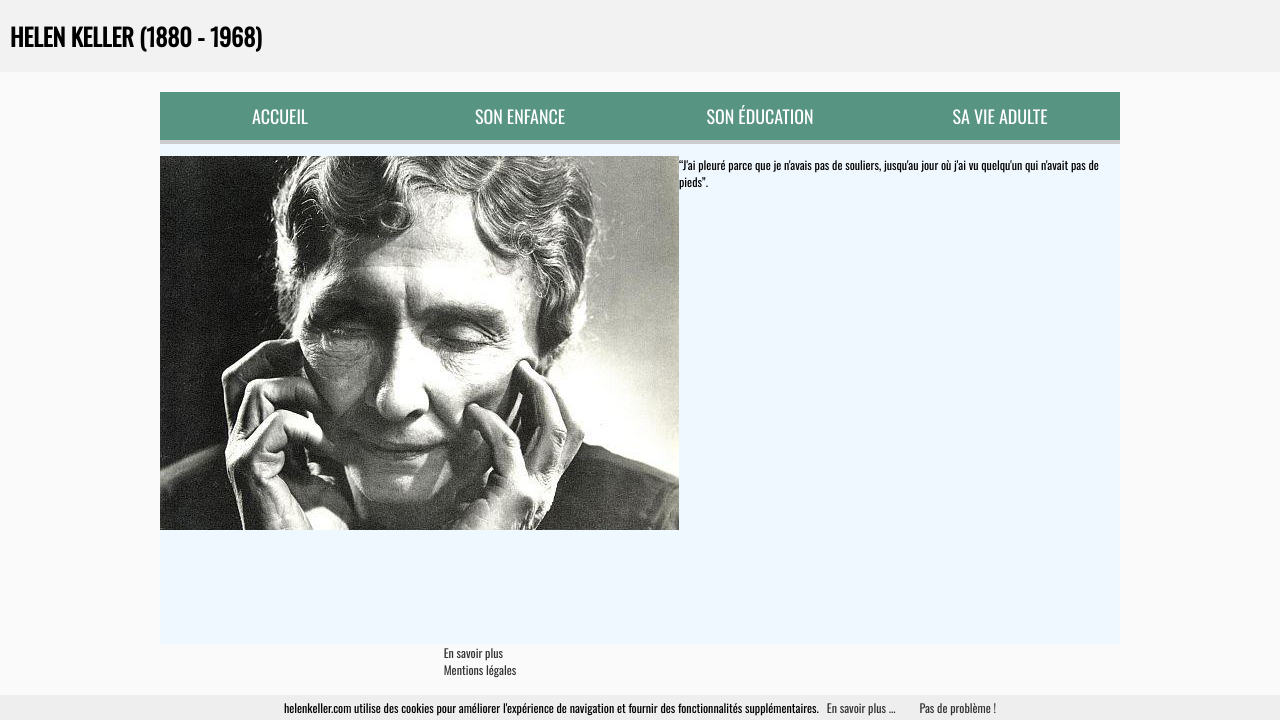
Repository: Luc010/Exercices
Page: HTML CSS/biographie_helen_keller/index.html
An editor plug-in stored every save of this project. The page is shown before and after a run of saves, followed by the edit.
The browser window is 1280 px wide. The pictures show the whole page.

Above is the page before, as saved 2019-09-06 09:52:51.

### HTML CSS/biographie_helen_keller/index.html
<!DOCTYPE html>
<html lang="fr">
<head>
    <title>Biographie Helen Keller - Accueil</title>
    <meta charset="UTF-8">
    <meta name="viewport" content="width=device-width, initial-scale=1.0">
    <meta http-equiv="X-UA-Compatible" content="ie=edge">
    <link href="style.css" rel="stylesheet">
</head>
<body>
    <header>
        <div class="brand">
            <h1>HELEN KELLER (1880 - 1968)</h1>
        </div>
    </header>
    <nav>
        <ul class="navbar">
            <li class="navlink"><a href="index.html">Accueil</a></li>
            <li class="navlink"><a href="enfance.html">Son enfance</a></li>
            <li class="navlink"><a href="education.html">Son éducation</a></li>
            <li class="navlink"><a href="adulte.html">Sa vie adulte</a></li>
        </ul>
    </nav>
    <main>
        <div class="container">
            <p><img src="img/hk.jpg" alt="helen Keller portrait"></p>
            <p>“J'ai pleuré parce que je n'avais pas de souliers, jusqu'au jour où j'ai vu quelqu'un qui n'avait pas de
                pieds”.
            </p>
        </div>
    </main>
    <footer>
        <div class="container">
            <!-- ul>li*5>a{lien$} -->
            <ul>
                <li><a href="savoirplus.html">En savoir plus</a></li>
                <li><a href="mentions.html">Mentions légales</a></li>
            </ul>
        </div>
    </footer>
    <script src="cookiechoices.js"></script>
    <script>document.addEventListener('DOMContentLoaded', function (event) {
            cookieChoices.showCookieConsentBar('helenkeller.com utilise des cookies pour améliorer l\'expérience de navigation et fournir des fonctionnalités supplémentaires.',
                'Pas de problème !', 'En savoir plus ...', 'http://127.0.0.1:5500/biographie_helen_keller/adulte.html');
        });
    </script>
</body>
</html>

### HTML CSS/biographie_helen_keller/style.css
@import url('https://fonts.googleapis.com/css?family=Oswald&display=swap');
/* GENERAL */

* {
    box-sizing: border-box;
}

body {
    margin: 0;
    padding: 0;
    background-color: #fafafa;
    font-size: 12px;
    font-family: 'Oswald', corbel, calibri, sans-serif;
}

h1 {
    margin: 0;
}

a {
    text-decoration: none;
    color: #323232;
}

ul, li {
    list-style: none;
    margin: 0;
    padding: 0;
}

nav {
    width: 960px;
    margin: 20px auto 0 auto;
}

main {
    width: 960px;
    min-height: 500px;
    background-color: aliceblue;
    display: flex;
    justify-content: center;
    margin-left: auto;
    margin-right: auto;
}
footer{
    margin-left: auto;
    margin-right: auto;
}
.navbar {
    text-align: center;
    display: flex;
}
.navlink {
    width: 100%;
    font-size: 18px;
    background-color: #589482;
    line-height: 48px;
    text-transform: uppercase;
    font-weight: 500;
}

.navlink:hover {
    background-color: #323232;
}

.navlink > a {
    color: white;
}

ul >.navlink {
    border-bottom: solid 4px #ccc;
}

/* HEADER */

header {
    background-color: #f2f2f2;
    height: 72px;
    display: flex;
    align-items: center;
}

.brand {
    text-indent: 10px;
}
.container{
    display: flex;
    justify-content: center;
    width: 960px;
}
/* BODY */

### HTML CSS/biographie_helen_keller/cookiechoices.js
/*
 Copyright 2014 Google Inc. All rights reserved.

 Licensed under the Apache License, Version 2.0 (the "License");
 you may not use this file except in compliance with the License.
 You may obtain a copy of the License at

 http://www.apache.org/licenses/LICENSE-2.0

 Unless required by applicable law or agreed to in writing, software
 distributed under the License is distributed on an "AS IS" BASIS,
 WITHOUT WARRANTIES OR CONDITIONS OF ANY KIND, either express or implied.
 See the License for the specific language governing permissions and
 limitations under the License.
 */

(function(window) {

  if (!!window.cookieChoices) {
    return window.cookieChoices;
  }

  var document = window.document;
  // IE8 does not support textContent, so we should fallback to innerText.
  var supportsTextContent = 'textContent' in document.body;

  var cookieChoices = (function() {

    var cookieName = 'displayCookieConsent';
    var cookieConsentId = 'cookieChoiceInfo';
    var dismissLinkId = 'cookieChoiceDismiss';

    function _createHeaderElement(cookieText, dismissText, linkText, linkHref) {
      var butterBarStyles = 'position:fixed;width:100%;background-color:#eee;' +
          'margin:0; left:0; bottom:0;padding:4px;z-index:1000;text-align:center;';

      var cookieConsentElement = document.createElement('div');
      cookieConsentElement.id = cookieConsentId;
      cookieConsentElement.style.cssText = butterBarStyles;
      cookieConsentElement.appendChild(_createConsentText(cookieText));

      if (!!linkText && !!linkHref) {
        cookieConsentElement.appendChild(_createInformationLink(linkText, linkHref));
      }
      cookieConsentElement.appendChild(_createDismissLink(dismissText));
      return cookieConsentElement;
    }

    function _createDialogElement(cookieText, dismissText, linkText, linkHref) {
      var glassStyle = 'position:fixed;width:100%;height:100%;z-index:999;' +
          'top:0;left:0;opacity:0.5;filter:alpha(opacity=50);' +
          'background-color:#ccc;';
      var dialogStyle = 'z-index:1000;position:fixed;left:50%;top:50%';
      var contentStyle = 'position:relative;left:-50%;margin-top:-25%;' +
          'background-color:#fff;padding:20px;box-shadow:4px 4px 25px #888;';

      var cookieConsentElement = document.createElement('div');
      cookieConsentElement.id = cookieConsentId;

      var glassPanel = document.createElement('div');
      glassPanel.style.cssText = glassStyle;

      var content = document.createElement('div');
      content.style.cssText = contentStyle;

      var dialog = document.createElement('div');
      dialog.style.cssText = dialogStyle;

      var dismissLink = _createDismissLink(dismissText);
      dismissLink.style.display = 'block';
      dismissLink.style.textAlign = 'right';
      dismissLink.style.marginTop = '8px';

      content.appendChild(_createConsentText(cookieText));
      if (!!linkText && !!linkHref) {
        content.appendChild(_createInformationLink(linkText, linkHref));
      }
      content.appendChild(dismissLink);
      dialog.appendChild(content);
      cookieConsentElement.appendChild(glassPanel);
      cookieConsentElement.appendChild(dialog);
      return cookieConsentElement;
    }

    function _setElementText(element, text) {
      if (supportsTextContent) {
        element.textContent = text;
      } else {
        element.innerText = text;
      }
    }

    function _createConsentText(cookieText) {
      var consentText = document.createElement('span');
      _setElementText(consentText, cookieText);
      return consentText;
    }

    function _createDismissLink(dismissText) {
      var dismissLink = document.createElement('a');
      _setElementText(dismissLink, dismissText);
      dismissLink.id = dismissLinkId;
      dismissLink.href = '#';
      dismissLink.style.marginLeft = '24px';
      return dismissLink;
    }

    function _createInformationLink(linkText, linkHref) {
      var infoLink = document.createElement('a');
      _setElementText(infoLink, linkText);
      infoLink.href = linkHref;
      infoLink.target = '_blank';
      infoLink.style.marginLeft = '8px';
      return infoLink;
    }

    function _dismissLinkClick() {
      _saveUserPreference();
      _removeCookieConsent();
      return false;
    }

    function _showCookieConsent(cookieText, dismissText, linkText, linkHref, isDialog) {
      if (_shouldDisplayConsent()) {
        _removeCookieConsent();
        var consentElement = (isDialog) ?
            _createDialogElement(cookieText, dismissText, linkText, linkHref) :
            _createHeaderElement(cookieText, dismissText, linkText, linkHref);
        var fragment = document.createDocumentFragment();
        fragment.appendChild(consentElement);
        document.body.appendChild(fragment.cloneNode(true));
        document.getElementById(dismissLinkId).onclick = _dismissLinkClick;
      }
    }

    function showCookieConsentBar(cookieText, dismissText, linkText, linkHref) {
      _showCookieConsent(cookieText, dismissText, linkText, linkHref, false);
    }

    function showCookieConsentDialog(cookieText, dismissText, linkText, linkHref) {
      _showCookieConsent(cookieText, dismissText, linkText, linkHref, true);
    }

    function _removeCookieConsent() {
      var cookieChoiceElement = document.getElementById(cookieConsentId);
      if (cookieChoiceElement != null) {
        cookieChoiceElement.parentNode.removeChild(cookieChoiceElement);
      }
    }

    function _saveUserPreference() {
      // Set the cookie expiry to one year after today.
      var expiryDate = new Date();
      expiryDate.setFullYear(expiryDate.getFullYear() + 1);
      document.cookie = cookieName + '=y; expires=' + expiryDate.toGMTString();
    }

    function _shouldDisplayConsent() {
      // Display the header only if the cookie has not been set.
      return !document.cookie.match(new RegExp(cookieName + '=([^;]+)'));
    }

    var exports = {};
    exports.showCookieConsentBar = showCookieConsentBar;
    exports.showCookieConsentDialog = showCookieConsentDialog;
    return exports;
  })();

  window.cookieChoices = cookieChoices;
  return cookieChoices;
})(this);

After the next 2 saves:
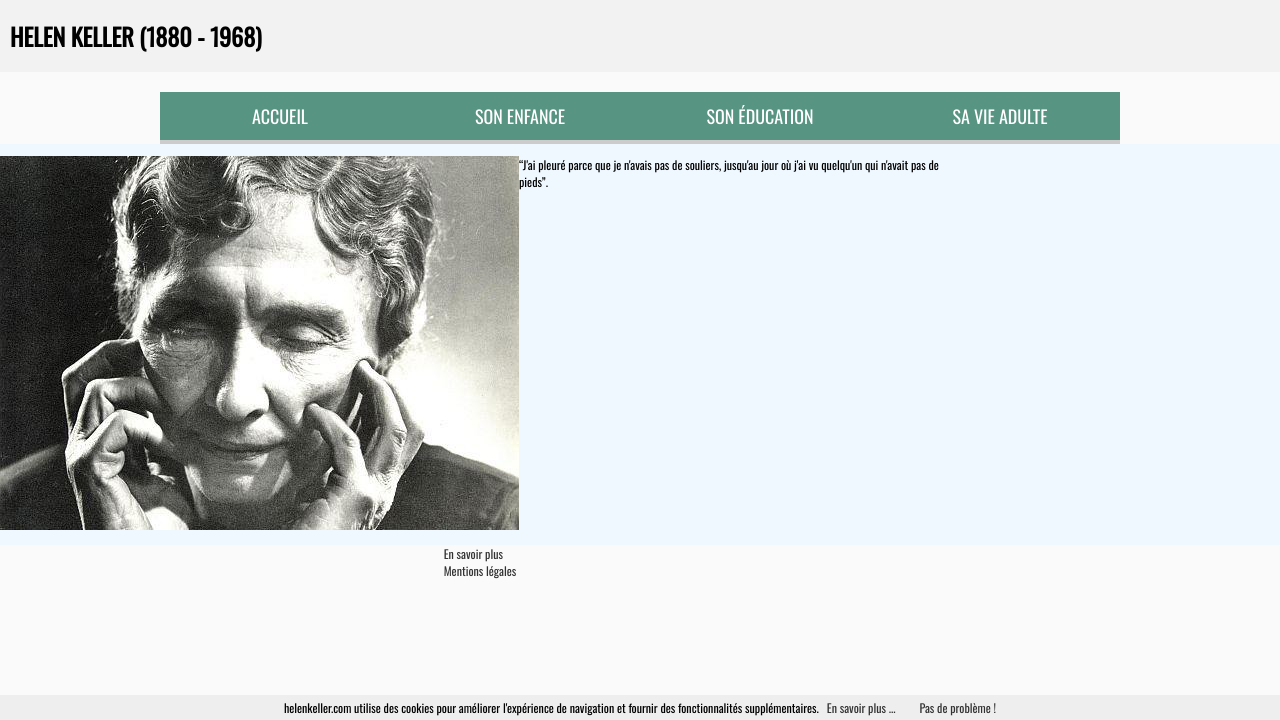
The 2 saves are shown as one change because they came seconds apart.
The last was saved 15 s later.
--- a/HTML CSS/biographie_helen_keller/style.css
+++ b/HTML CSS/biographie_helen_keller/style.css
@@ -34,11 +34,7 @@
 }
 
 main {
-    width: 960px;
-    min-height: 500px;
     background-color: aliceblue;
-    display: flex;
-    justify-content: center;
     margin-left: auto;
     margin-right: auto;
 }

After the 2 saves that followed:
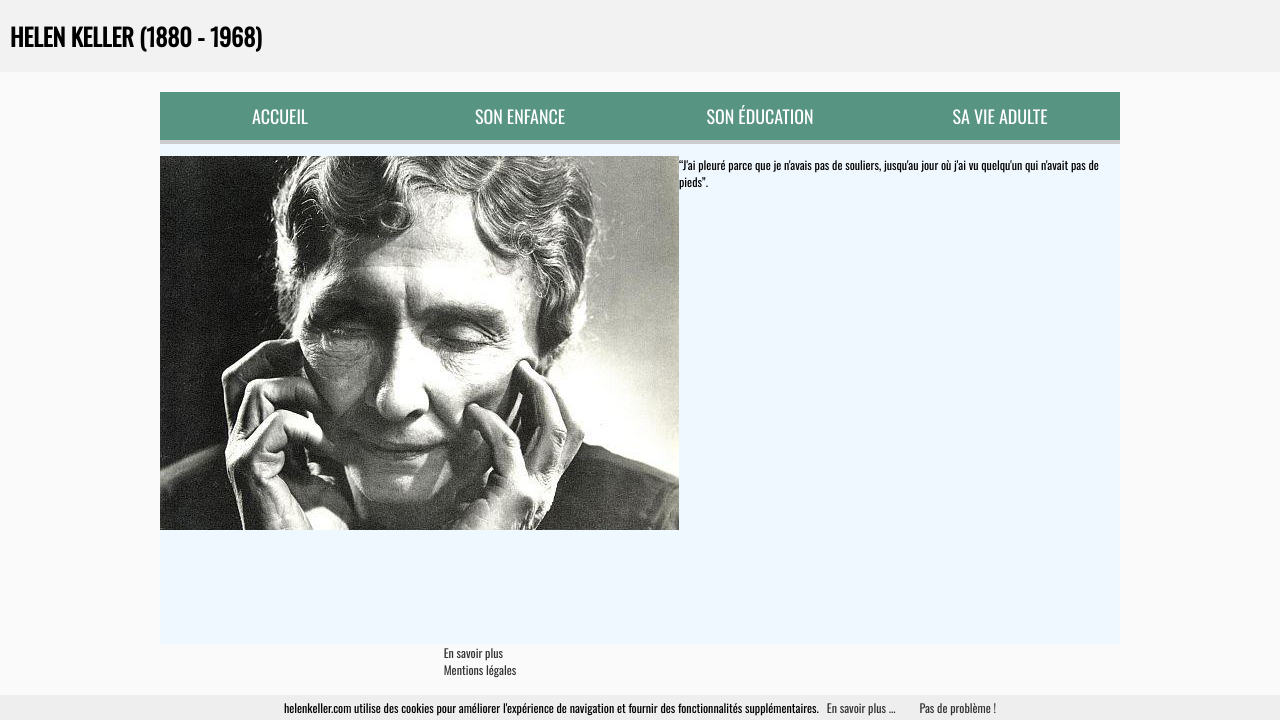
The 2 saves are shown as one change because they came seconds apart.
The last was saved 8 s later.
--- a/HTML CSS/biographie_helen_keller/style.css
+++ b/HTML CSS/biographie_helen_keller/style.css
@@ -34,7 +34,11 @@
 }
 
 main {
+    width: 960px;
+    min-height: 500px;
     background-color: aliceblue;
+    display: flex;
+    justify-content: center;
     margin-left: auto;
     margin-right: auto;
 }
